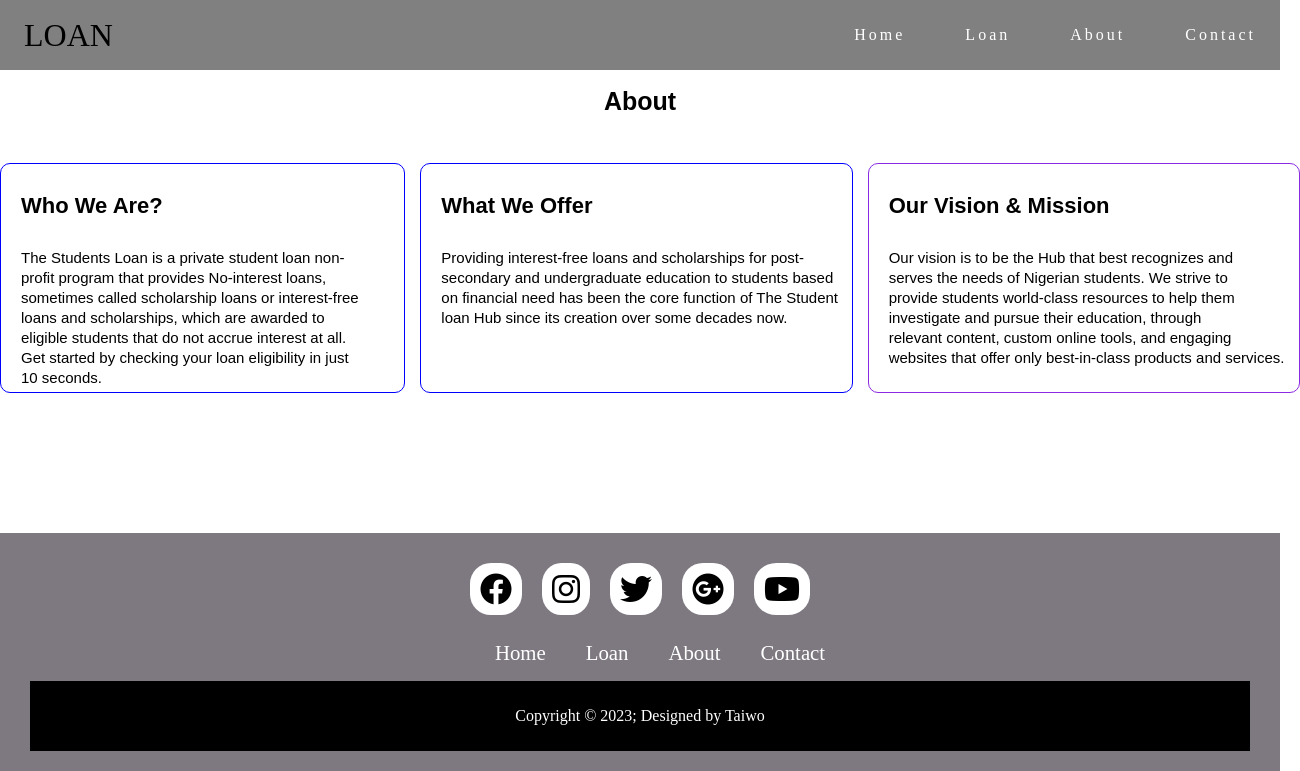
Repository: Tobby004/basic-loanweb
Page: about.html
The author's editor kept a copy of each file at every save. The page is drawn from the files as they stood at one save, then again after the next save.
The browser window is 1280 px wide. The page is 1300 px wide, so the pictures cover 1300 px, including what lies to the right of the window. The pictures show the whole page.

Above is the page before, as saved 2023-07-07 09:12:52.

After the next save:
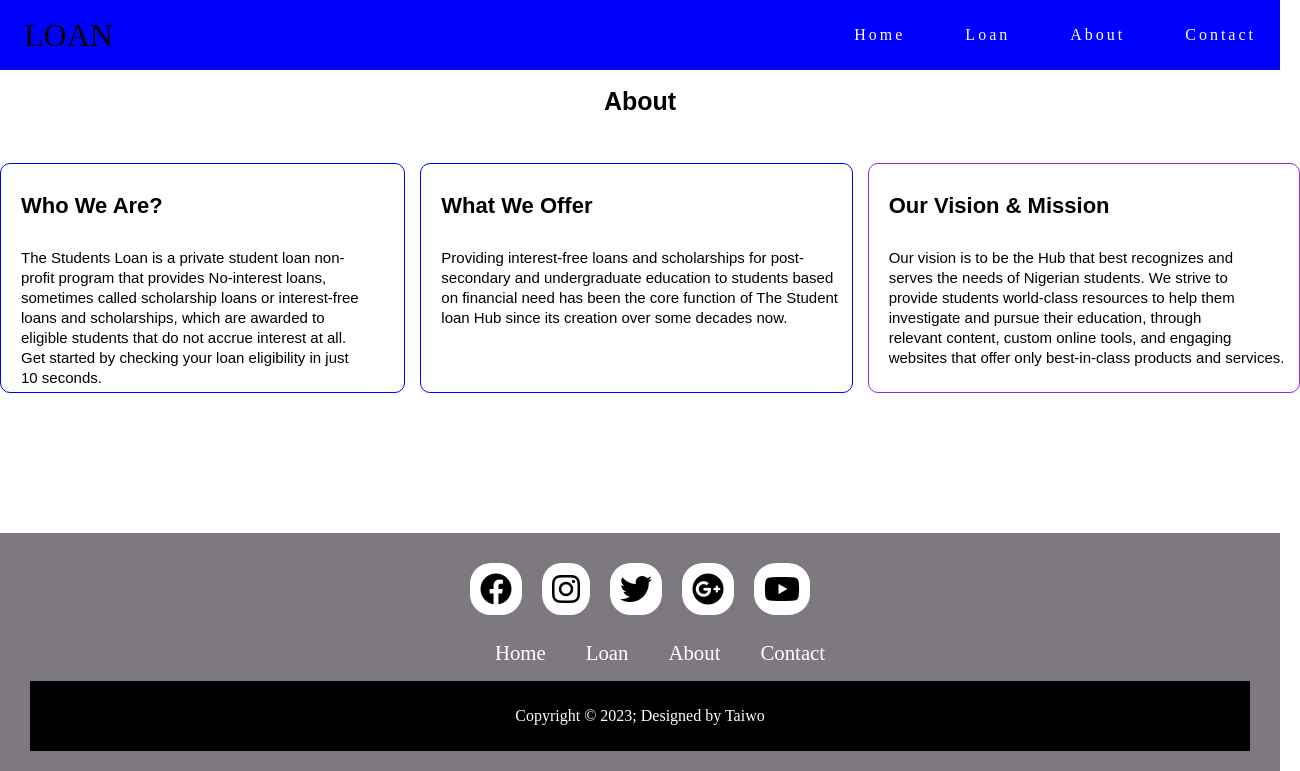
Saved 11 h 58 min later.
--- a/about.css
+++ b/about.css
@@ -5,7 +5,7 @@ body {
     margin: 0;
     background: #ffffff;
 }header {
-    background-color: gray;
+    background-color: blue;
 }
 li {
     list-style: none;
